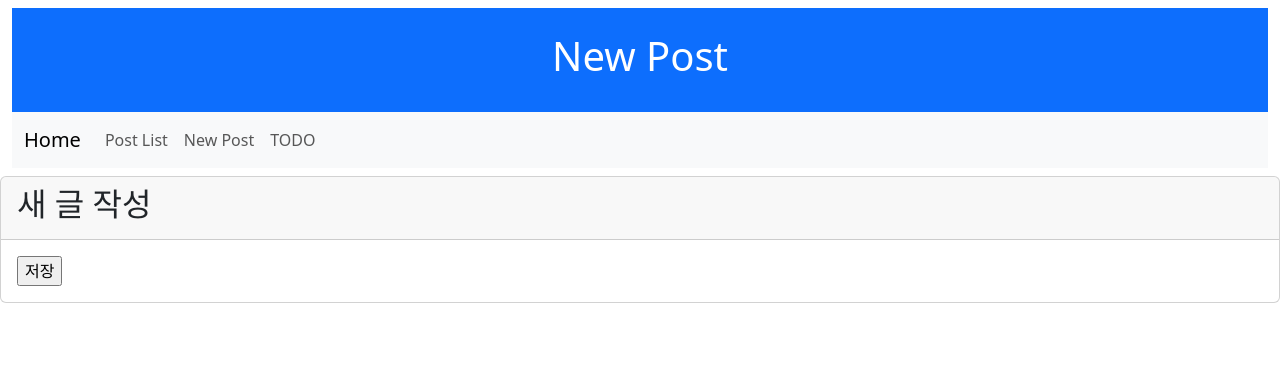
Repository: ldj0905/javaproject
Page: http://localhost/lab05_jsp/post/create
The author's editor kept a copy of each file at every save. The page is drawn from the files as they stood at one save, then again after the next save.
The browser window is 1280 px wide. The pictures show the whole page.
The page is served by Tomcat 10. Other server files are loaded and not shown.

Above is the page before, as saved 2024-05-29 02:43:52.

### lab05_jsp/src/main/webapp/WEB-INF/views/post/create.jsp
<%@ page language="java" contentType="text/html; charset=UTF-8"
    pageEncoding="UTF-8" trimDirectiveWhitespaces="true"%>
<%@ taglib prefix="c" uri="jakarta.tags.core" %>
<!DOCTYPE html>
<html>
<head>
    <meta charset="UTF-8">
    <meta name="viewport" content="width=device-width, initial-scale=1">
    <title>Insert title here</title>
    <link href="https://cdn.jsdelivr.net/npm/bootstrap@5.3.3/dist/css/bootstrap.min.css"
     rel="stylesheet"
     integrity="sha384-QWTKZyjpPEjISv5WaRU9OFeRpok6YctnYmDr5pNlyT2bRjXh0JMhjY6hW+ALEwIH"
     crossorigin="anonymous">
</head>
<body>
    <div class = "container-fluid">
        <c:set var ="pageTitle" value = "New Post" scope = "page"/> <!-- 변수를 선언하겠다 ! -->
        <%@ include file = "../fragments/header.jspf" %> <!-- 헤더 jspf포함시키기 -->
    </div>
    <main>
        <div class = "mt-2 card">
            <div class = "card-header">
                <h2>새 글 작성</h2>
            </div>
            <div class="card-body">
                <c:url var = "newPostPage" value="/post/create" />
                <form method="post" action ="${newPostPage}"></form> <!-- 왜 포스트 방식으로보냄 -->
                    <div>
                        <input type = "submit" value="저장"/>
                    </div>
            </div>
        </div>
    </main>
    <script src="https://cdn.jsdelivr.net/npm/bootstrap@5.3.3/dist/js/bootstrap.bundle.min.js"
    integrity="sha384-YvpcrYf0tY3lHB60NNkmXc5s9fDVZLESaAA55NDzOxhy9GkcIdslK1eN7N6jIeHz"
    crossorigin="anonymous"></script>
</body>
</html>

### lab05_jsp/src/main/webapp/WEB-INF/views/fragments/header.jspf
<%@ page language="java" contentType="text/html; charset=UTF-8"
    pageEncoding="UTF-8" trimDirectiveWhitespaces="true"%>
<%@ taglib prefix="c" uri="jakarta.tags.core" %>

<header class="mt-2 p-4 bg-primary text-white text-center">
    <h1>${pageTitle}</h1>
</header>

<nav class="navbar navbar-expand-lg bg-body-tertiary">
    <div class="container-fluid">
        <c:url var="homePage" value="/" />
        <a class="navbar-brand" href="${homePage}">Home</a>
        <button class="navbar-toggler" type="button"
            data-bs-toggle="collapse" data-bs-target="#navbarNav"
            aria-controls="navbarNav" aria-expanded="false"
            aria-label="Toggle navigation">
            <span class="navbar-toggler-icon"></span>
        </button>
        <div class="collapse navbar-collapse" id="navbarNav">
            <ul class="navbar-nav">
                <li class="nav-item">
                    <c:url var="postListPage" value="/post/list" />
                    <a class="nav-link" href="${postListPage}">Post List</a>
                </li>
                <li class="nav-item">
                    <c:url var="newPostPage" value="/post/create" />
                    <a class="nav-link" href="${newPostPage}">New Post</a>
                </li>
                <li class="nav-item">
                    <a class="nav-link" href="#">TODO</a>
                </li>
            </ul>
        </div>
    </div>
</nav>

### lab05_jsp/src/main/java/com/itwill/lab05/web/PostCreateController.java
package com.itwill.lab05.web;

import java.io.IOException;

import org.slf4j.Logger;
import org.slf4j.LoggerFactory;

import jakarta.servlet.ServletException;
import jakarta.servlet.annotation.WebServlet;
import jakarta.servlet.http.HttpServlet;
import jakarta.servlet.http.HttpServletRequest;
import jakarta.servlet.http.HttpServletResponse;
//HttpServlet 상속받기
@WebServlet(name = "PostCreateController",urlPatterns = {"/post/create"}) // <<< 얘 왜하는건지 생각좀 해보기
public class PostCreateController extends HttpServlet{
	private static final long serialVersionUID = 1L;

	private static final Logger log = LoggerFactory.getLogger(PostCreateController.class); // 얘는 왜 쓰는거고 클래스이름은 왜넣는지


	//링크를 클릭해서 들어오는거는 GET방식임
	@Override
	protected void doGet(HttpServletRequest req, HttpServletResponse resp) throws ServletException, IOException {
		log.debug("doGet()");
		//TODO 새 글을 작성할 수있는 폼(양식)을 작성하는 뷰(JSP)로 이동 시켜주는 역할.
		//JSP로 이동시키는이유 -> 귀찮아서
		req.getRequestDispatcher("/WEB-INF/views/post/create.jsp").forward(req, resp); //주소 왜 WEB-INF 부터 ?
	}



}

After the next save:
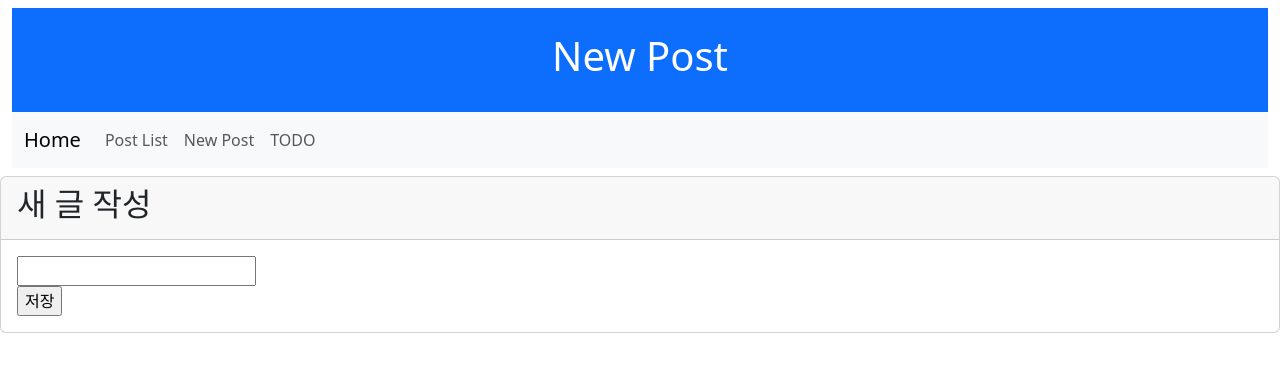
Saved 29 s later.
--- a/lab05_jsp/src/main/webapp/WEB-INF/views/post/create.jsp
+++ b/lab05_jsp/src/main/webapp/WEB-INF/views/post/create.jsp
@@ -26,6 +26,9 @@
                 <c:url var = "newPostPage" value="/post/create" />
                 <form method="post" action ="${newPostPage}"></form> <!-- 왜 포스트 방식으로보냄 -->
                     <div>
+                        <input type ="text" />
+                    </div>
+                    <div>
                         <input type = "submit" value="저장"/>
                     </div>
             </div>
